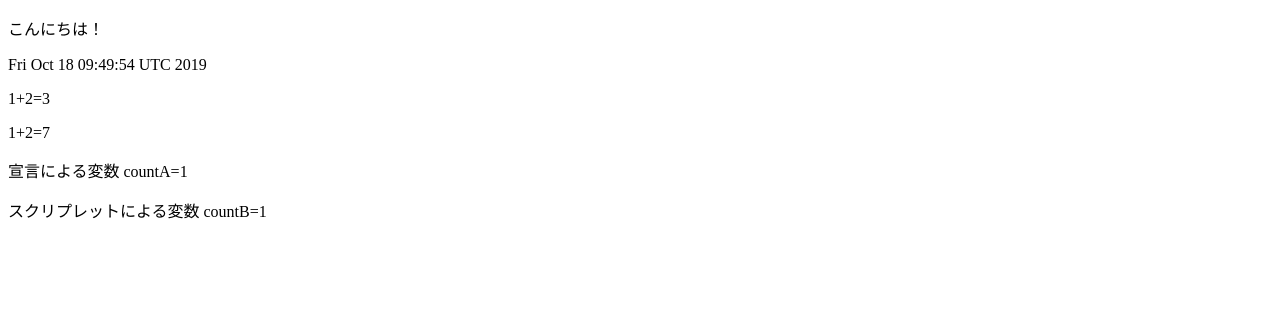
Repository: uki-sa/test
Page: http://localhost/HelloJSP/
The author's editor kept a copy of each file at every save. The page is drawn from the files as they stood at one save, then again after the next save.
The browser window is 1280 px wide. The pictures show the whole page.
The page is served by Tomcat 9.

Above is the page before, as saved 2019-10-18 10:13:15.

After the next save:
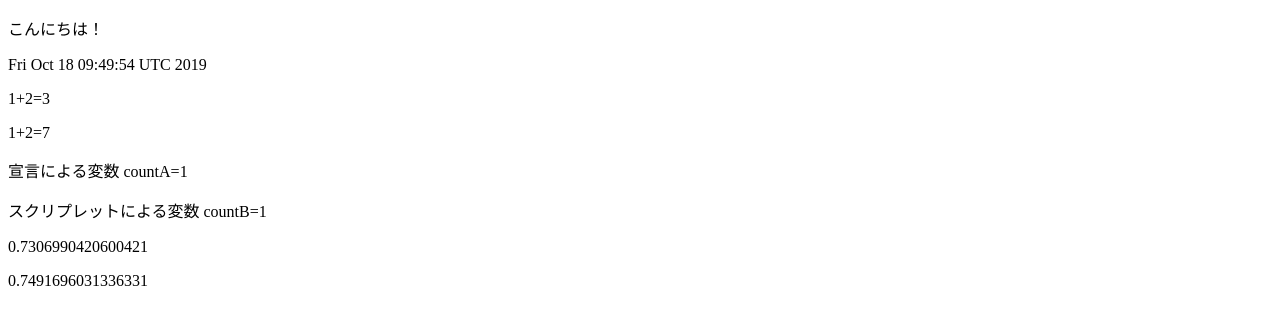
Saved 7 min 44 s later.
--- a/HelloJSP/WebContent/index.jsp
+++ b/HelloJSP/WebContent/index.jsp
@@ -30,5 +30,13 @@ countB++;
 <p>スクリプレットによる変数 countB=<%=countB %></p>
 
 
+<p><% out.println(Math.random()); %></p>
+<p><%=Math.random()  %></p>
+
+
+
+
+
+
 </body>
 </html>
